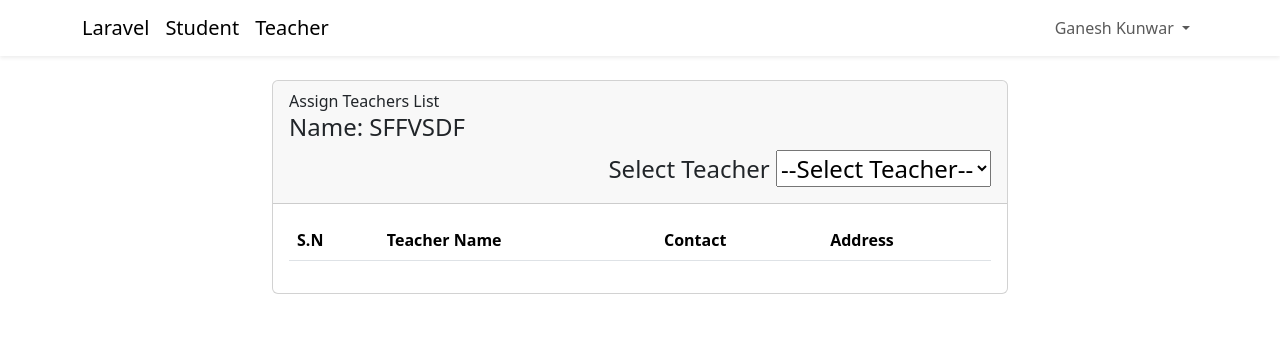
Repository: kunwarganesh07/Example
Page: http://localhost/assign/teachers/4
The author's editor kept a copy of each file at every save. The page is drawn from the files as they stood at one save, then again after a run of saves.
The browser window is 1280 px wide. The pictures show the whole page.
The page is served by the project's Laravel application, run on PHP 8.4 with Laravel 12. The first stored user is signed in. The database holds what the project's SQL file puts in it.

Above is the page before, as saved 2025-11-19 14:49:56.

After the next 3 saves:
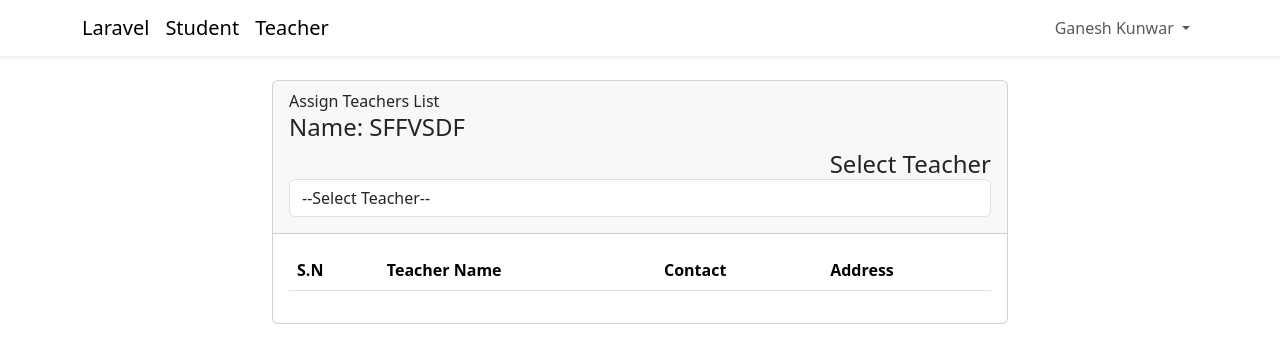
The 3 saves are shown as one change because they came seconds apart.
The last was saved 18 s later.
--- a/resources/views/student/assignteacher.blade.php
+++ b/resources/views/student/assignteacher.blade.php
@@ -12,7 +12,7 @@
                                 @csrf
                                 <div class="form-group">
                                     <label for="">Select Teacher</label>
-                                    <Select>
+                                    <Select class="form-control">
                                         <option value="" selected disabled>--Select Teacher--</option>
                                     </Select>
                                 </div>
